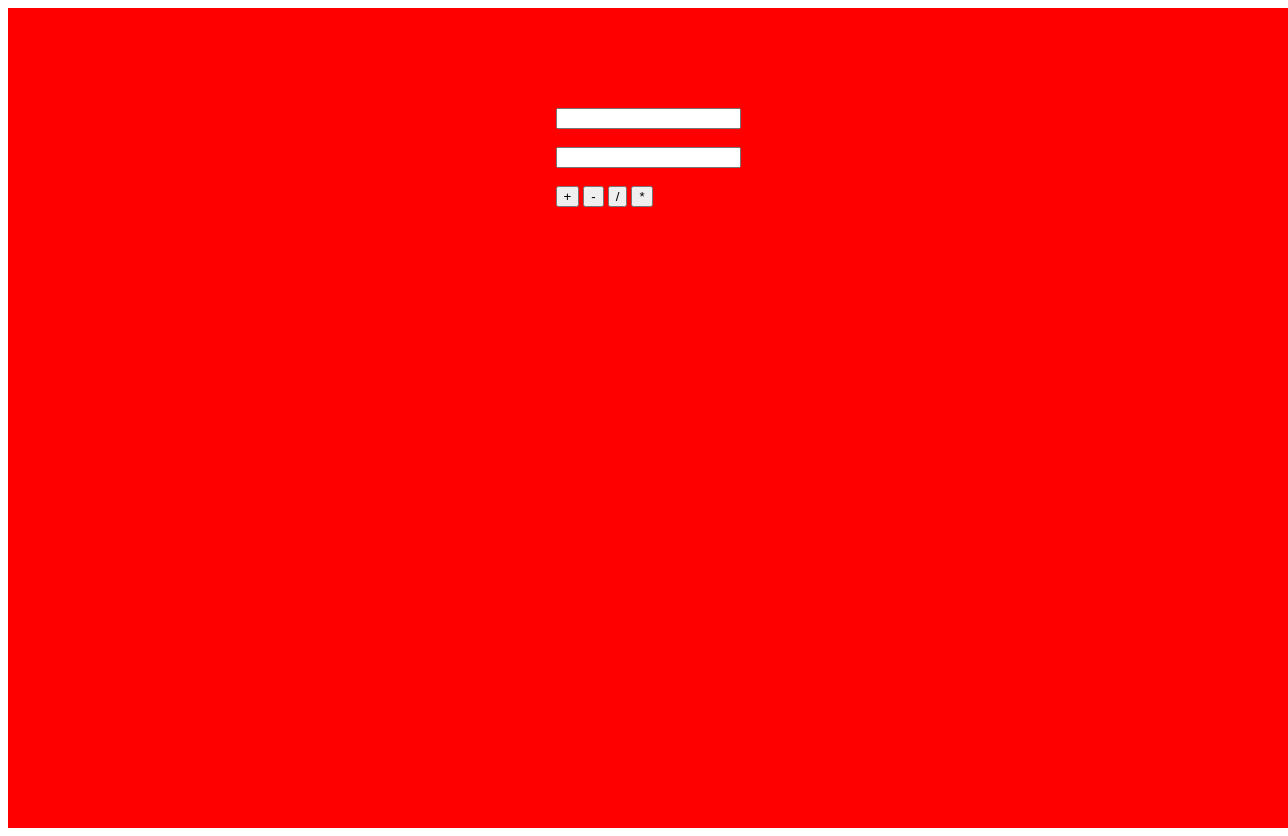
Repository: sajithmadushanka/simple-calculator-using-jsp
Page: http://localhost/simple_calculator/
The author's editor kept a copy of each file at every save. The page is drawn from the files as they stood at one save, then again after the next save.
The browser window is 1280 px wide. The page is 1288 px wide, so the pictures cover 1288 px, including what lies to the right of the window. The pictures show the whole page.
The page is served by Tomcat 9. Other server files are loaded and not shown.

Above is the page before, as saved 2023-09-19 09:12:41.

### simple_calculator/WebContent/index.jsp
<%@ page language="java" contentType="text/html; charset=ISO-8859-1"
    pageEncoding="ISO-8859-1"%>
<!DOCTYPE html>
<html>
<head>
<meta charset="ISO-8859-1">
<title>simple calculator</title>
<style>
	.main{
			background-color : red;
			width :100vw;
			height : 100vh;
			display: flex;
		    justify-content: center;
		   	padding-top:100px;
		}
</style>
</head>
<body>
	<div class ="main">
		<form>
			<input type="number" name = "no1"> <br> <br>
			<input type="number" name = "no2"> <br> <br>
			<input type = "button" name = "+" value= "+">
			<input type = "button" name = "-" value= "-">
			<input type = "button" name = "/" value= "/">
			<input type = "button" name = "*" value= "*">
		</form>
	</div>
</body>
</html>

After the next save:
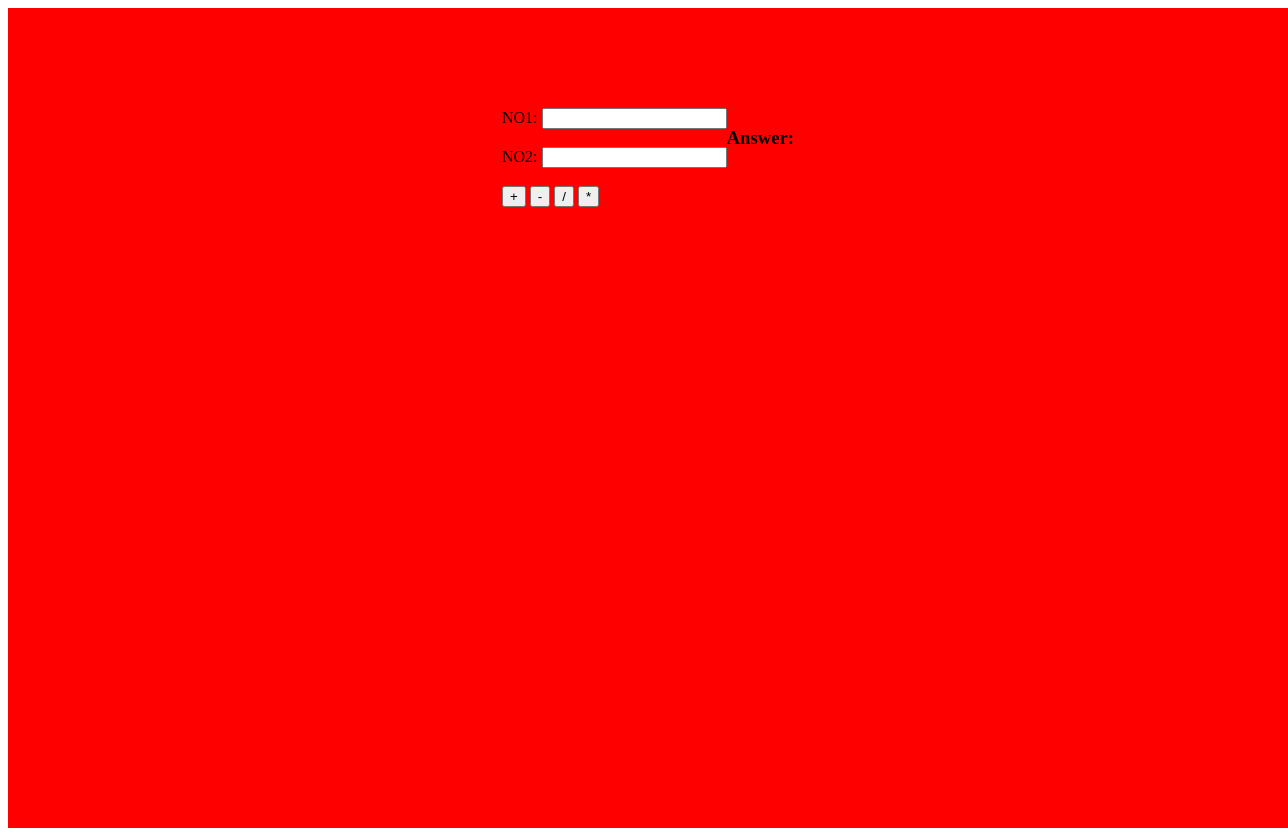
Saved 106 s later.
--- a/simple_calculator/WebContent/index.jsp
+++ b/simple_calculator/WebContent/index.jsp
@@ -19,13 +19,16 @@
 <body>
 	<div class ="main">
 		<form>
-			<input type="number" name = "no1"> <br> <br>
-			<input type="number" name = "no2"> <br> <br>
+			NO1: <input type="number" name = "no1"> <br> <br>
+			NO2: <input type="number" name = "no2"> <br> <br>
 			<input type = "button" name = "+" value= "+">
 			<input type = "button" name = "-" value= "-">
 			<input type = "button" name = "/" value= "/">
 			<input type = "button" name = "*" value= "*">
 		</form>
+
+		<h3> Answer: </h3>
+
 	</div>
 </body>
 </html>
